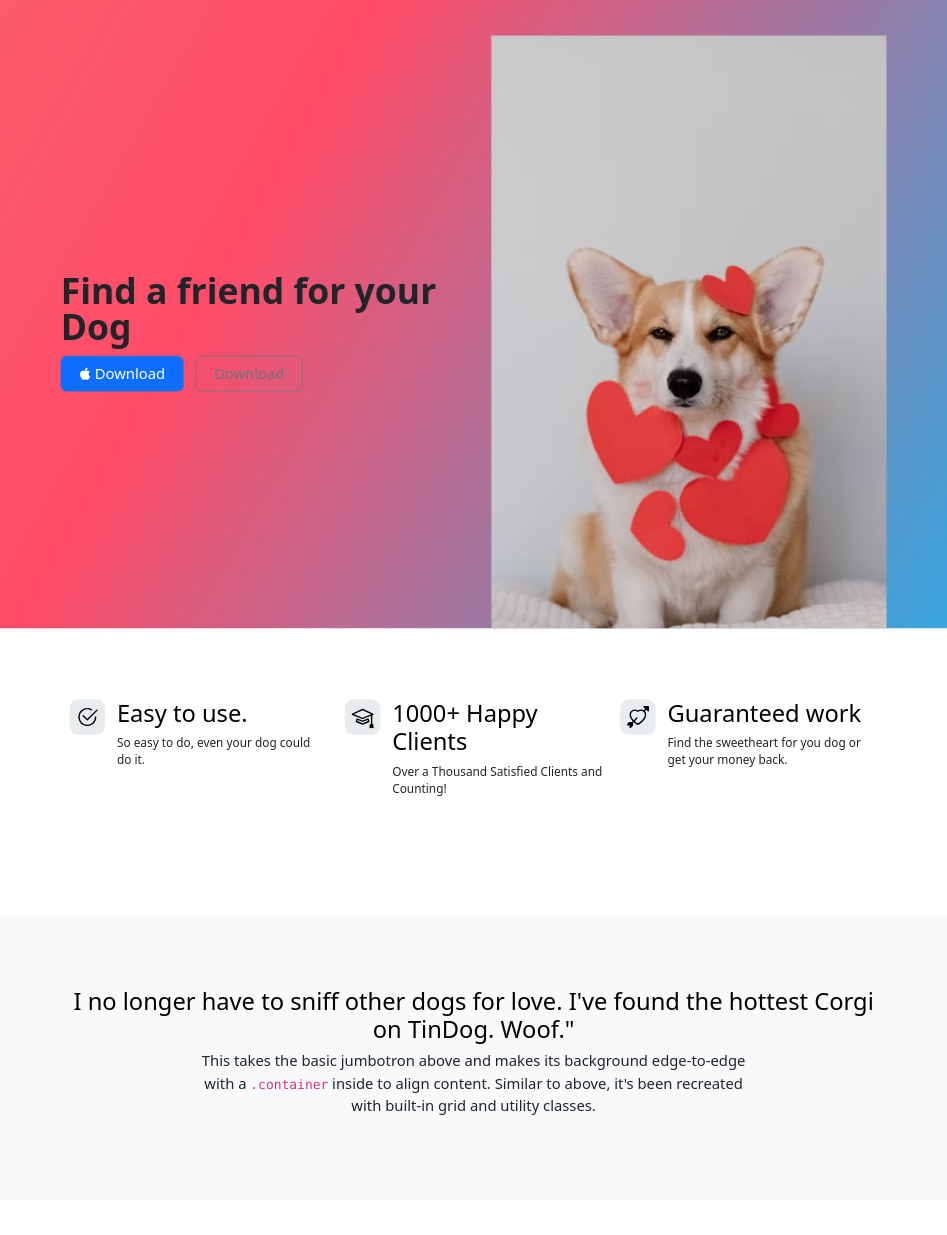
Repository: hisana-nazeer/11.3-TinDog-Project
Page: index.html
The author's editor kept a copy of each file at every save. The page is drawn from the files as they stood at one save, then again after a run of saves.
The browser window is 1280 px wide. The pictures show the whole page, at 74% of full size.

Above is the page before, as saved 2023-11-18 01:14:32.

After the next 2 saves:
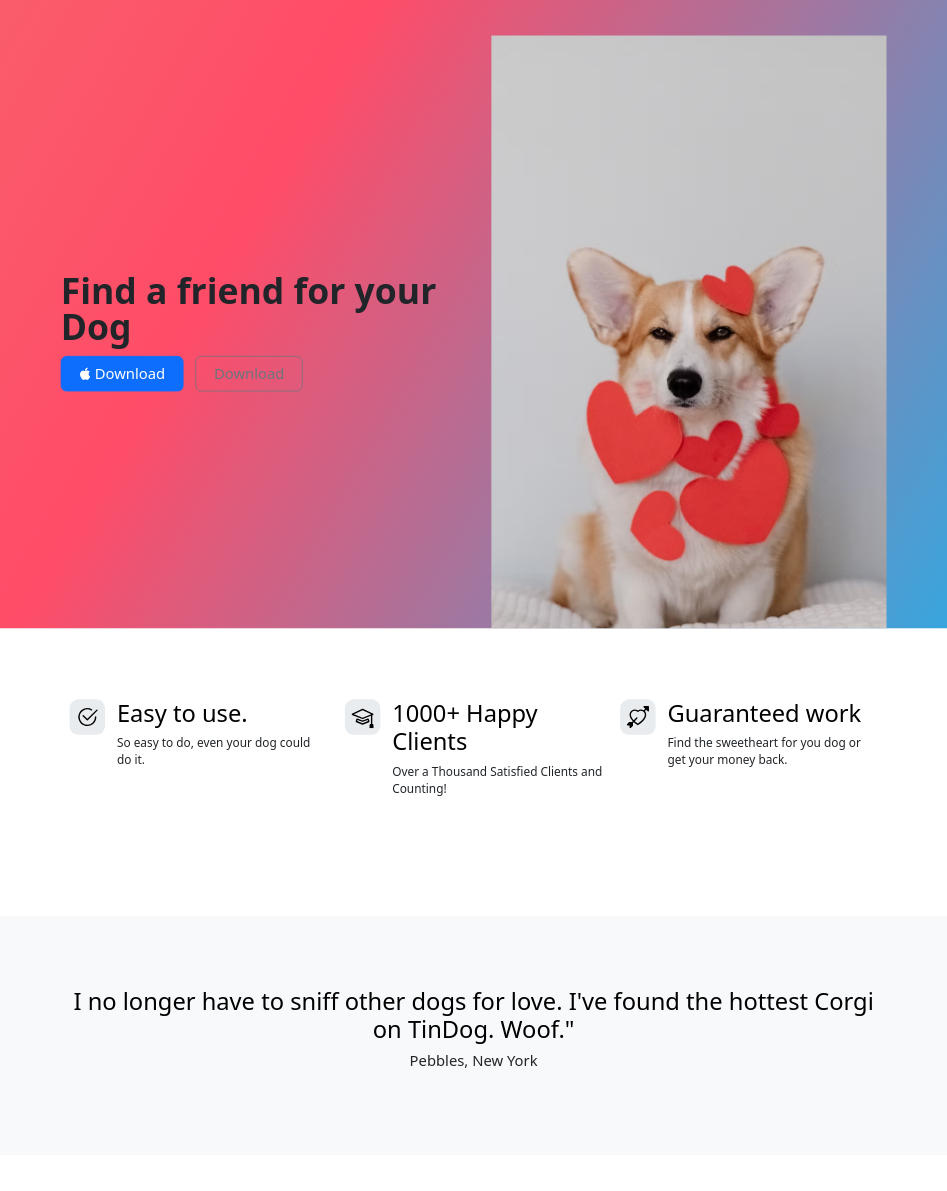
The 2 saves are shown as one change because they came seconds apart.
The last was saved 5 s later.
--- a/index.html
+++ b/index.html
@@ -102,7 +102,7 @@
           <h2 class="text-body-emphasis">I no longer have to sniff other dogs for love. I've found the hottest Corgi on TinDog. Woof."
             </h2>
           <p class="col-lg-8 mx-auto lead">
-            This takes the basic jumbotron above and makes its background edge-to-edge with a <code>.container</code> inside to align content. Similar to above, it's been recreated with built-in grid and utility classes.
+            Pebbles, New York
           </p>
         </div>
       </div>
